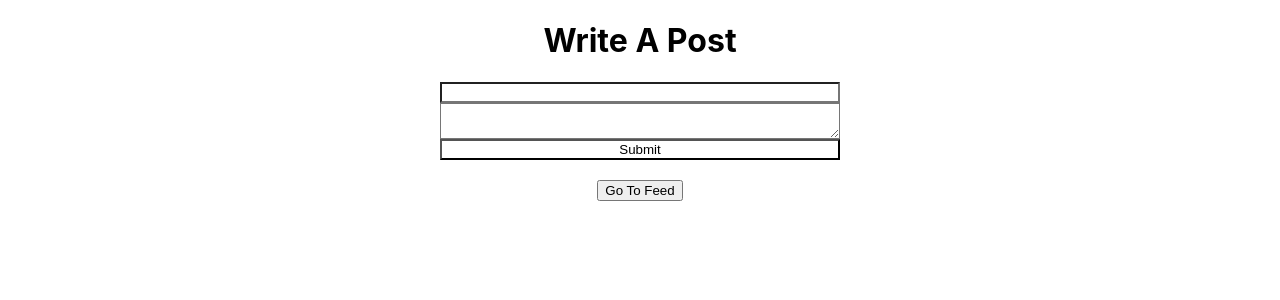
Repository: shaelorch/comp-week4
Page: /addPosts
The author's editor kept a copy of each file at every save. The page is drawn from the files as they stood at one save, then again after the next save.
The browser window is 1280 px wide. The pictures show the whole page.
The project was rebuilt for these pictures with package versions that can differ from the ones it lists, and the page was loaded fresh each time. The framework's server and built-in components were replaced by stand-ins that run in the browser. Also part of the build but not shown: next.config.js.

Above is the page before, as saved 2023-01-31 23:09:07.

After the next save:
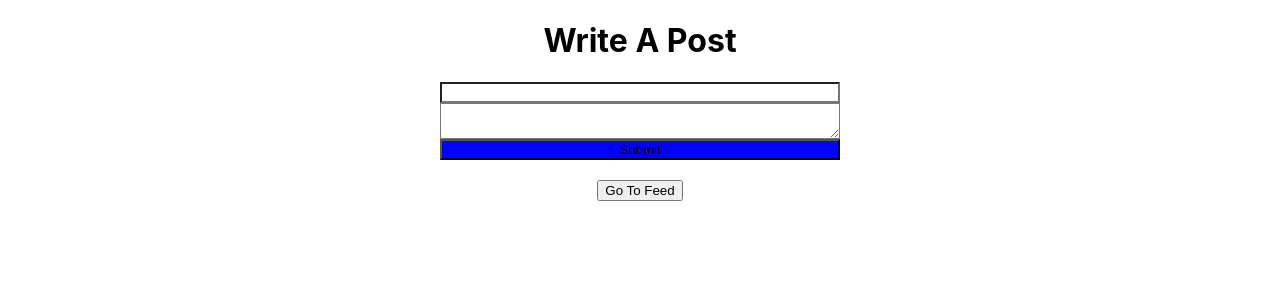
Saved 6 s later.
--- a/pages/addPosts.js
+++ b/pages/addPosts.js
@@ -20,7 +20,7 @@ export default function Home({posts}) {
           <textarea style={{backgroundColor:'white'}} value={content} onChange={(e) => setContent(e.target.value)} />
 
 
-            <button style={{backgroundColor:'white'}} type="submit">Submit</button>
+            <button style={{backgroundColor:'blue'}} type="submit">Submit</button>
         </form>
         <a href='/'>
             <button style={{display:'flex', marginTop:20}}>Go To Feed</button>
